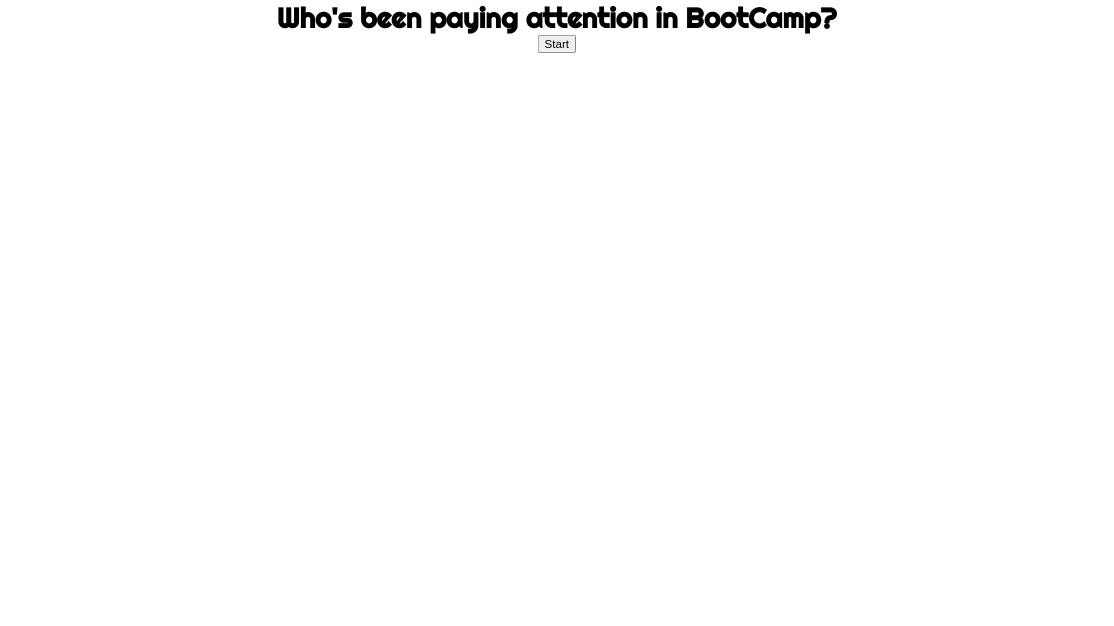
Repository: kkyler24/Quizlet
Page: Quiz.html
The author's editor kept a copy of each file at every save. The page is drawn from the files as they stood at one save, then again after the next save.
The browser window is 1280 px wide. The pictures show the whole page, at 87% of full size.
Some web libraries are served in a nearby version.

Above is the page before, as saved 2020-03-16 01:03:16.

### Quiz.html
<!DOCTYPE html>

<html lang="en">

<head>
    <meta charset="UTF-8">
    <meta name="viewport" content="width=device-width, initial-scale=1.0">

    <!-- font family -->
    <link href="https://fonts.googleapis.com/css2?family=Righteous&display=swap" rel="stylesheet">

    <!-- Popper -->
    <script src="https://cdnjs.cloudflare.com/ajax/libs/popper.js/1.12.9/umd/popper.min.js"
        integrity="sha384-ApNbgh9B+Y1QKtv3Rn7W3mgPxhU9K/ScQsAP7hUibX39j7fakFPskvXusvfa0b4Q"
        crossorigin="anonymous"></script>
    <!-- Myfiles -->
    <link rel="stylesheet" type="text/css" href="DevOpsFiles/Style.css">
    <title>Quiz it</title>
</head>

<header>Who's been paying attention in BootCamp?</header>

<!-- Quiz Design -->

<body>
    <div>
        <input type="button" id="startButton" value="Start"/>
    </div>
    <div class="time"></div>
    <Div class="flex-container">
        <div id="questionBoxOne" class="row" style="display: none;">
            <div class="col-md-6 col-sm-3 questionDiv">
                "What is BootStrap?"
                <div class="col-8 col-sm-6 answerA">
                    <button type="button" class="button">"A piece of material that helps hold up your
                        boot"
                    </button>
                </div>
                <div class="col-8 col-sm-6 answerA correct">
                    <button type="button" class="button">"An open source Css
                        framework"</button>
                </div>
                <div class="col-8 col-sm-6 answerA">
                    <button type="button" class="button">"An open source Js framework"</button>
                </div>
            </div>
        </div>

        <div id="questionBoxTwo" class="row" style="display: none;">
            <div class="col-md-6 col-sm-3 questionDiv">
                "Javascript is to muscles as HTML is to...?"
            </div>
                <div class="col-8 col-sm-6 answerB correct">
                    <button type="button" class="button"> IceCream"</button>
                </div>
                <div class="col-8 col-sm-6 answerB">
                    <button type="button" class="button">"Skin"</button>
                </div>
                <div class="col-8 col-sm-6 answerB">
                    <button type="button" class="button">"Skeleton"</button>
                </div>
            </div>


        <div id="questionBoxThree" class="row" style="display: none;">
            <div class="col-md-6 col-sm-3 questionDiv">
                "What does HTML stand for?"
                <div class="row">

                    <div class="col-8 col-sm-6 answerC">
                        <button type="button" class="button">"Home Tools Mark-up language" </button>

                        <div class="col-8 col-sm-6 answerC">
                            <button type="button" class="button"> "Hyper-text Mark down language "</button>

                            <div class="col-8 col-sm-6 answerC">
                                <button type="button" class="button">"Hyper-text Mark up language
                                    "</button>
                            </div>
                        </div>
                    </div>
                </div>
            </div>
        </div>

        <div id="questionBoxFour" class="row" style="display: none;">
            <div class="col-md-6 col-sm-3 questionDiv">
                "What is BootStrap?"
                <div class="row">

                    <div class="col-8 col-sm-6 answerD">
                        <button type="button" class="button">"A piece of material that helps hold
                            up your boot" </button>

                        <div class="col-8 col-sm-6 answerD">
                            <button type="button" class="button">"An open source Css
                                framework"</button>

                            <div class="col-8 col-sm-6 answerD">
                                <button id="D" type="button" class="button">"An open source Js
                                    framework"</button>
                            </div>
                        </div>
                    </div>
                </div>
            </div>
        </div>
    </Div>

    <script src="https://code.jquery.com/jquery-3.4.1.js"></script>
    <script src="DevOpsFiles/Java.js"></script>
</body>

</html>

### DevOpsFiles/Style.css
body{
    margin: auto;
    text-align: center;
    background-image: image();
  }

.flex-container {
    display: flex;
    height: 500px;
    justify-content: center;
    align-items: center;
    flex-direction: column;
  }

header{
font-family: "Righteous", cursive;
font-size: xx-large;
font-weight: bolder;

  }

#secLeft {
  position: absolute;
  top: 0.1%;
  display: block;
}

#questionBoxOne {
  position: absolute;

}

#questionBoxTwo {
  position: absolute;

}

#questionBoxThree {
  position: absolute;

}

#questionBoxFour {
  position: absolute;

}
.questionDiv{
  font-size: 25px;
  font-weight: bold;

}

.button{
background-color: rgb(22, 184, 187);
padding: 20px;
border-radius: 12px;
border: none;
color: white;
font-family:Arial, Helvetica, sans-serif;
font-size: 20PX;
}

.time{
  float: right;
  height: 100px;
  text-align: center;
}

.startButton{
  text-align: center;
  margin-top: 50%;
  background-color: rgb(22, 184, 187);
padding: 20px;
border-radius: 12px;
border: none;
color: white;
font-family:Arial, Helvetica, sans-serif;
font-size: 20PX;
}

### DevOpsFiles/Java.js

// record start time
var startTime;
function display() {
    // later record end time
    var endTime = new Date();

    // time difference in ms
    var timeDiff = endTime - startTime;

    // strip the miliseconds
    timeDiff /= 1000;

    // get seconds
    var seconds = Math.floor(timeDiff % 60);

    // remove seconds from the date
    timeDiff = Math.floor(timeDiff / 60);

    // get minutes
    var minutes = Math.round(timeDiff % 60);

    // remove minutes from the date
    timeDiff = Math.floor(timeDiff / 60);

    // get hours
    var hours = Math.round(timeDiff % 24);

    // remove hours from the date
    timeDiff = Math.floor(timeDiff / 24);

    // the rest of timeDiff is number of days
    var days = timeDiff;

    $(".time").text(hours + ":" + minutes + ":" + seconds);
    setTimeout(display, 1000);
}

$("#startButton").click(function () {
    startTime = new Date();
    setTimeout(display, 1000);
});


//   function stopTimer() {
//     secondsElapsed = 0;
//     formatTime();
//   }
//   function startTimer() {
//     if (totalSeconds > 0) {
//       secondsElapsed = 0;
//       timer = setInterval(function () {
//         secondsElapsed++;
//         formatTime();
//       }, 1000);
//     }
//     formatTime();
//   }
// };

// ---Score Code---
var totalScore = [];

function getSum(total, num) {
  return total + Math(num);
}
function myFunction(item) {
  document.getElementById("stats").innerHTML = totalScore.reduce(getSum, 0);
}



// Questions Object
var Quests = [
  {
    Q1: {
      Question: "What is BootStrap?",
      answers: ["A piece of material that helps hold up your boot", "An open source Css framework", "An open source JS framework"],
      answersCorrect: [1]

    },

    Q2: {
      Question: "HTML is to Skeleton as Javascript is to...?",
      answers: ["Muscles", "Skin", "Coffee"],
      answersCorrect: [0]
    },

    Q3: {
      Question: "What does HTML stand for?",
      answers: ["A piece of material that helps hold up your boot", "An open source Css framework", "An open source JS framework"],
      answersCorrect: [3]
    },

    Q4: {
      Question: "What is BootStrap?",
      answers: ["A piece of material that helps hold up your boot", "An open source Css framework", "An open source JS framework"],
      answersCorrect: [2]
    }
  }];


// -->Get faded code<--
$(".startButton").on("click", function () {
  $(".startButton").fadeout(2000, function () {
  })
});

$("startButton").on("click", function () {
  $("#questionBoxOne").fadeIn(3600, function () {
  })
});

$(".answerA").on("click", function () {
  $("#questionBoxOne").fadeOut(2500, function () {
    $(this).remove();
  })
});

$(".answerA").on("click", function () {
  $("#questionBoxTwo").fadeIn(3600, function () {
  })
});

$('.answerB').on('click', function () {
  $("#questionBoxTwo").fadeOut(2500, function () {
    $(this).remove();
  })
});

$(".answerB").on("click", function () {
  $("#questionBoxThree").fadeIn(3600, function () {

  })
});

$('.answerC').on('click', function () {
  $("#questionBoxThree").fadeOut(2500, function () {
    $(this).remove();
  })
});

$(".answerC").on("click", function () {
  $("#questionBoxFour").fadeIn(3500, function () {
  })
});

$('.answerD').on('click', function () {
  $("#questionBoxFour").fadeOut(2500, function () {
    $(this).remove();
  })
});

$(".answerD").on("click", function () {
    $("#stats").slideDown(3500, function () {
    })
  });

//
// var aBBox = document.getElementsByClassName("col-8 col-sm-6 answerB");
// aBBox.


// done.addEventListener("event", function(){
// $(".answerb").on("event", function(){
//   $("#questionBoxTwo").fadeOut(2000,function(){
//     $(this).remove();
// })});



//
// $("#questionBoxTwo").fadeIn(1000,function())

// fade in after (this).remove has been completed
// var buttonCheck = document.getElementsByClassName("button");
// var totalScore = "";

// button listener



// Check the buttons for correct class
// // for ( var i = 0; i > flex-container.lenght; i++) {
// //   $("button").on("click", function(){
// //     if (buttonCheck.click === button.correct){
// //         totalScore = totalScore + 25;
// //     }
// //     else {secondsElapsed + 1500};
//   }
// )}

After the next save:
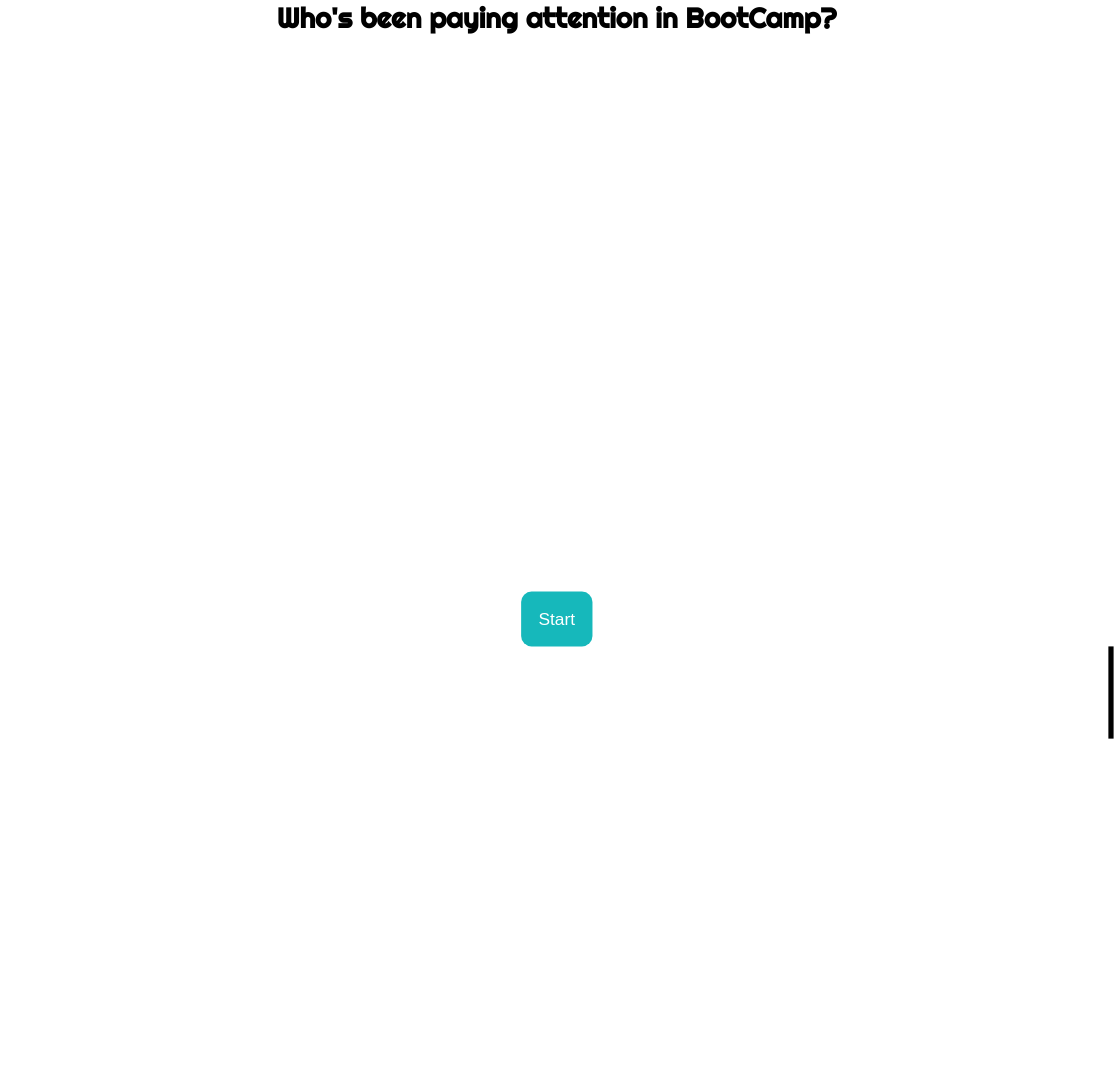
Saved 1 s later.
--- a/DevOpsFiles/Style.css
+++ b/DevOpsFiles/Style.css
@@ -62,11 +62,12 @@
 
 .time{
   float: right;
+  border: solid;
   height: 100px;
   text-align: center;
 }
 
-.startButton{
+#startButton{
   text-align: center;
   margin-top: 50%;
   background-color: rgb(22, 184, 187);

After the 2 saves that followed:
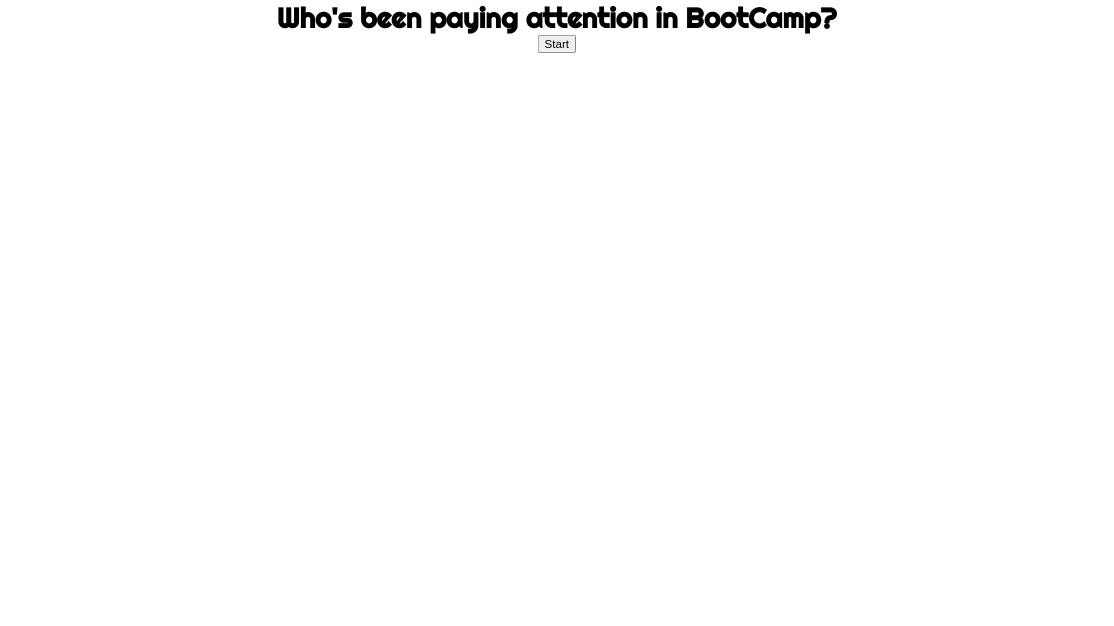
The 2 saves are shown as one change because 1 left the picture as it was.
The last was saved 62 s later.
--- a/DevOpsFiles/Style.css
+++ b/DevOpsFiles/Style.css
@@ -62,12 +62,11 @@
 
 .time{
   float: right;
-  border: solid;
   height: 100px;
   text-align: center;
 }
 
-#startButton{
+.startButton{
   text-align: center;
   margin-top: 50%;
   background-color: rgb(22, 184, 187);
--- a/DevOpsFiles/Java.js
+++ b/DevOpsFiles/Java.js
@@ -36,7 +36,7 @@ function display() {
     setTimeout(display, 1000);
 }
 
-$("#startButton").click(function () {
+$(".startButton").click(function () {
     startTime = new Date();
     setTimeout(display, 1000);
 });
